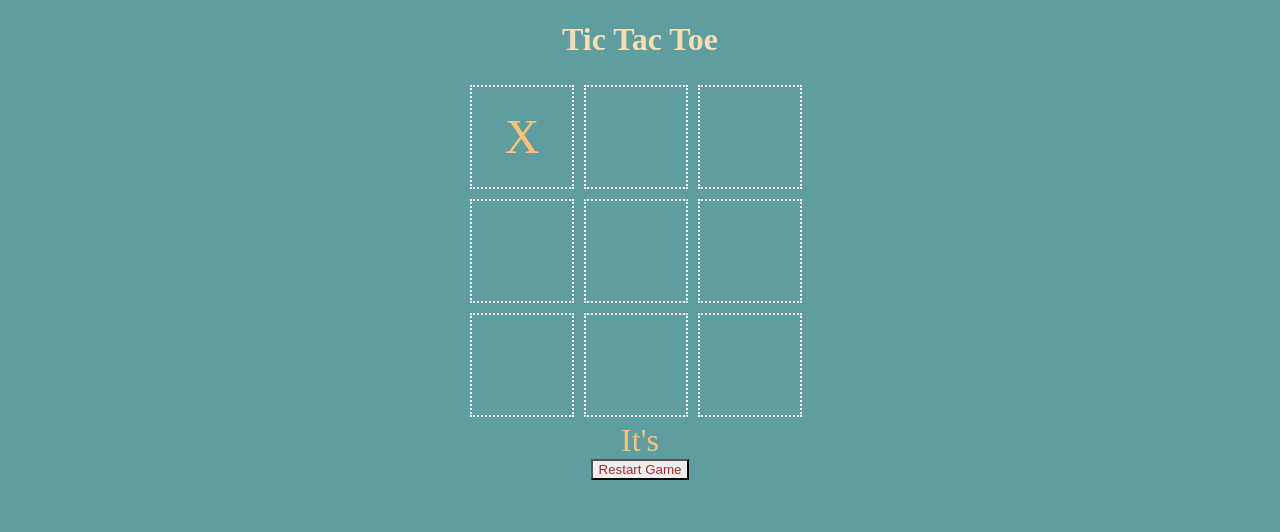
Repository: Hasmik-icml/Tic-Tac-Toe
Page: index.html
The author's editor kept a copy of each file at every save. The page is drawn from the files as they stood at one save, then again after a run of saves.
The browser window is 1280 px wide. The pictures show the whole page.

Above is the page before, as saved 2022-02-02 22:04:12.

### index.html
<!DOCTYPE html>
<html lang="en">
<head>
  <meta charset="UTF-8">
  <meta http-equiv="X-UA-Compatible" content="IE=edge">
  <meta name="viewport" content="width=device-width, initial-scale=1.0">
  <link rel="stylesheet" href="/style.css">
  <title>Tic Tac Toe</title>
</head>
<body>
  <h1>Tic Tac Toe</h1>
  <div class="container">
    <div class="box">X</div>
    <div class="box"></div>
    <div class="box"></div>
    <div class="box"></div>
    <div class="box"></div>
    <div class="box"></div>
    <div class="box"></div>
    <div class="box"></div>
    <div class="box"></div>
  </div>
  <p class="turn">It's</p>
  <button class="restart">Restart Game</button>
  <script src="/index.js"></script>
</body>
</html>

### style.css
body {
  background-color: cadetblue;
  text-align: center;
}

.container {
  display: flex;
  flex-wrap: wrap;
  width: 350px;
  margin: auto;
}

.box {
  border: 2px dotted white;
  margin: 5px;
  width: 100px;
  height: 100px;
  display: flex;
  justify-content: center;
  align-items: center;
  color: #ffc276;
  font-size: xxx-large;
  font-family: cursive;
}

h1 {
  text-align: center;
  color: wheat;
}

.turn {
  text-align: center;
  color: #ffc276;
  font-size: xx-large;
  margin: 0;
}

.restart {
  border-style: outset;
  color: brown;
}

Loaded but not shown: index.js (no copy from this time; the picture is the same without it)

After the next 2 saves:
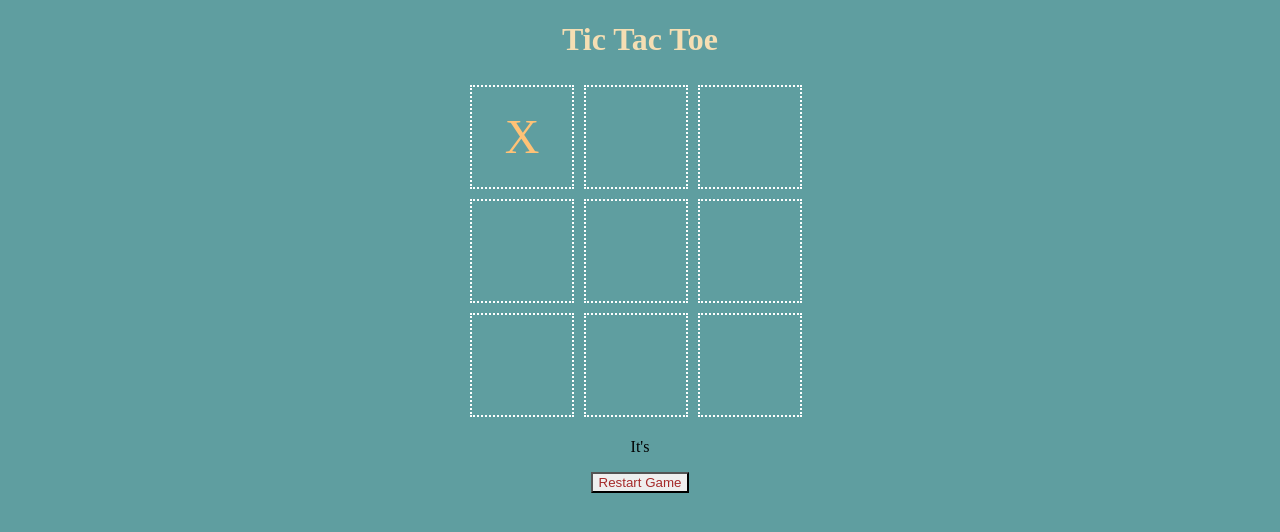
The 2 saves are shown as one change because they came seconds apart.
The last was saved 2 min 4 s later.
--- a/index.html
+++ b/index.html
@@ -20,7 +20,7 @@
     <div class="box"></div>
     <div class="box"></div>
   </div>
-  <p class="turn">It's</p>
+  <p class="display-player">It's</p>
   <button class="restart">Restart Game</button>
   <script src="/index.js"></script>
 </body>

After the save that followed:
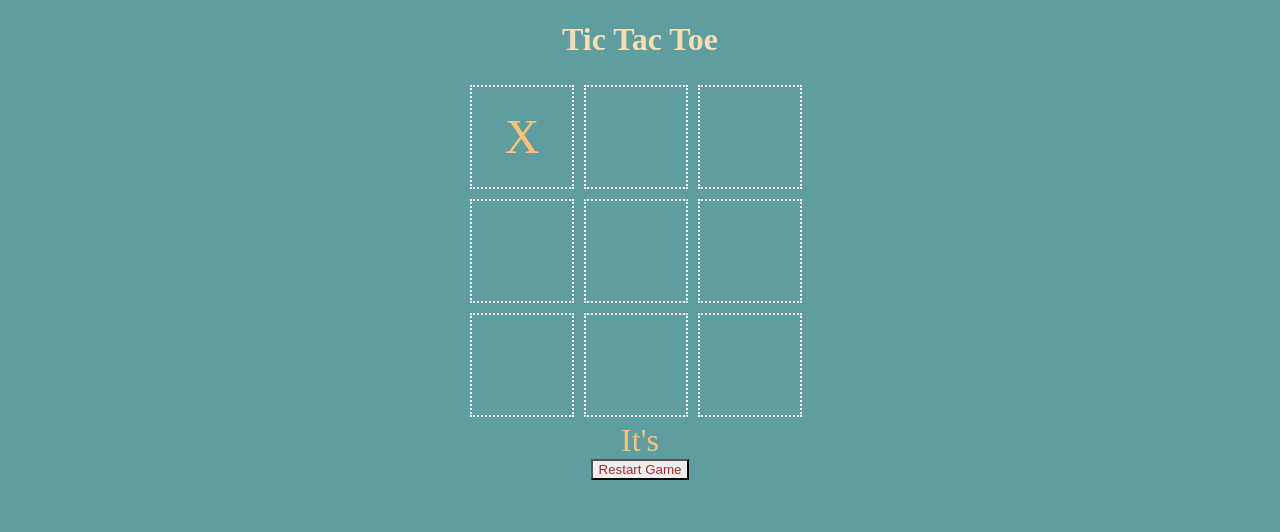
Saved 10 s later.
--- a/style.css
+++ b/style.css
@@ -28,7 +28,7 @@ h1 {
   color: wheat;
 }
 
-.turn {
+.display-player {
   text-align: center;
   color: #ffc276;
   font-size: xx-large;
